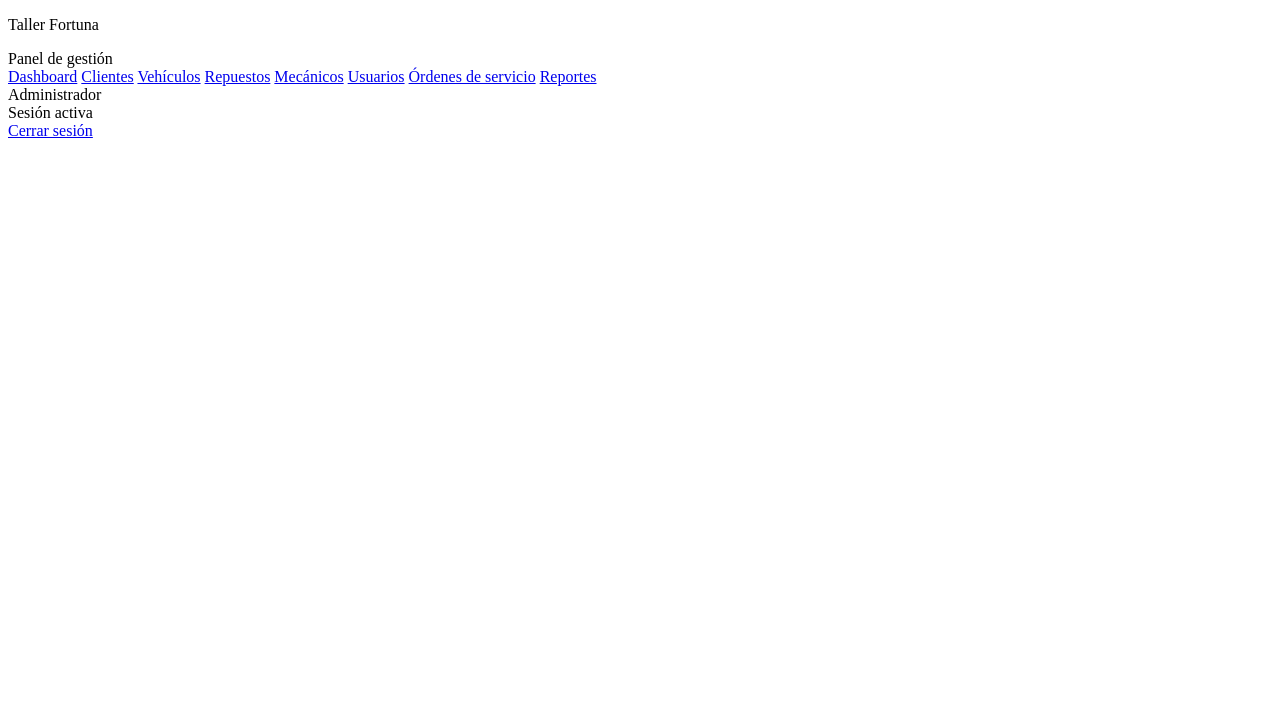
Repository: Santiago1748/ProyectoTallerAutos
Page: http://localhost/TallerMecanico/sidebar.jsp
These files come from the project's save history. The page is drawn as it stood at one moment and after the next save; the edit follows.
The browser window is 1280 px wide. The pictures show the whole page.
The page is served by Tomcat 9. Other server files are loaded and not shown.

Above is the page before, as saved 2026-08-04 05:58:06.

### tallerdeAutos - copia/TallerMecanico/src/main/webapp/sidebar.jsp
<%@ page language="java" contentType="text/html; charset=UTF-8"
    pageEncoding="UTF-8"%>
<!DOCTYPE html>
<html>
<head>
<meta charset="UTF-8">
<title>Insert title here</title>
</head>
<body>


<%
    String uri = request.getRequestURI();
%>
<aside class="sidebar">
  <div class="brand">
    <div class="brand-mark"></div>
    <div class="brand-text">
      <p class="display">Taller Fortuna</p>
      <span>Panel de gestión</span>
    </div>
  </div>

  <nav>
    <a class="nav-item" href="#">Dashboard</a>
    <a class="nav-item" href="#">Clientes</a>
    <a class="nav-item" href="#">Vehículos</a>
    <a class="nav-item" href="#">Repuestos</a>
    <a class="nav-item" href="#">Mecánicos</a>
    <a class="nav-item <%= uri.contains("Usuario") || uri.contains("mantenUsuario") ? "active" : "" %>"
       href="UsuarioServlet?tipo=lis">Usuarios</a>
    <a class="nav-item" href="#">Órdenes de servicio</a>
    <a class="nav-item" href="#">Reportes</a>
  </nav>

  <div class="user-box">
    <div class="u-name">Administrador</div>
    <div class="u-rol">Sesión activa</div>
    <a href="LogoutServlet" class="btn-logout">Cerrar sesión</a>
  </div>
</aside>
</body>
</html>

### tallerdeAutos - copia/TallerMecanico/src/main/webapp/css/dashboard.css
:root{
  --bg:#1b1d1f; --panel:#232628; --panel-alt:#2a2d30; --panel-raised:#2f3235;
  --border:#3a3e42; --text:#ece8e0; --text-muted:#9a9691; --text-faint:#6c6864;
  --amber:#e8a33d; --amber-dim:#a8783a; --teal:#4f8a93;
  --st-pendiente:#8b8f94; --st-evaluacion:#5b8fb0; --st-proceso:#e8a33d;
  --st-pausado:#c97a4a; --st-terminado:#4fa07a; --st-entregado:#3f9142; --st-rechazado:#c0524f;
  --radius:6px; --shadow:0 8px 24px rgba(0,0,0,.35);
}
*{box-sizing:border-box;}
html,body{margin:0;padding:0;}
body{background:radial-gradient(ellipse at top left, rgba(232,163,61,.05), transparent 45%),var(--bg);
  color:var(--text); font-family:'IBM Plex Sans',sans-serif; -webkit-font-smoothing:antialiased; min-height:100vh;}
h1,h2,h3,.display{font-family:'Oswald',sans-serif; text-transform:uppercase; letter-spacing:.03em; margin:0;}
.mono{font-family:'IBM Plex Mono',monospace;}
a,button,input,select,textarea{font-family:inherit; color:inherit;}
button{cursor:pointer;border:none;background:none;}
input,select,textarea{background:var(--panel-alt); border:1px solid var(--border); border-radius:4px; padding:8px 10px; font-size:13px;}
input:focus,select:focus,textarea:focus{outline:none;border-color:var(--amber);}
label{font-size:11px; color:var(--text-muted); text-transform:uppercase; letter-spacing:.05em; display:block; margin-bottom:4px;}
:focus-visible{outline:2px solid var(--amber); outline-offset:2px;}

.shell{display:grid; grid-template-columns:230px 1fr; min-height:100vh;}
@media (max-width:880px){.shell{grid-template-columns:1fr;} .sidebar{position:static; width:100%; height:auto;}}
.sidebar{background:#18191b; border-right:1px solid var(--border); padding:20px 12px; display:flex; flex-direction:column; gap:18px; position:sticky; top:0; height:100vh; overflow-y:auto;}
.brand{d:root{
  --bg:#1b1d1f; --panel:#232628; --panel-alt:#2a2d30; --panel-raised:#2f3235;
  --border:#3a3e42; --text:#ece8e0; --text-muted:#9a9691; --text-faint:#6c6864;
  --amber:#e8a33d; --amber-dim:#a8783a; --teal:#4f8a93;
  --st-pendiente:#8b8f94; --st-evaluacion:#5b8fb0; --st-proceso:#e8a33d;
  --st-pausado:#c97a4a; --st-terminado:#4fa07a; --st-entregado:#3f9142; --st-rechazado:#c0524f;
  --radius:6px; --shadow:0 8px 24px rgba(0,0,0,.35);
}
*{box-sizing:border-box;}
html,body{margin:0;padding:0;}
body{background:radial-gradient(ellipse at top left, rgba(232,163,61,.05), transparent 45%),var(--bg);
  color:var(--text); font-family:'IBM Plex Sans',sans-serif; -webkit-font-smoothing:antialiased; min-height:100vh;}
h1,h2,h3,.display{font-family:'Oswald',sans-serif; text-transform:uppercase; letter-spacing:.03em; margin:0;}
.mono{font-family:'IBM Plex Mono',monospace;}
a,button,input,select,textarea{font-family:inherit; color:inherit;}
button{cursor:pointer;border:none;background:none;}
input,select,textarea{background:var(--panel-alt); border:1px solid var(--border); border-radius:4px; padding:8px 10px; font-size:13px;}
input:focus,select:focus,textarea:focus{outline:none;border-color:var(--amber);}
label{font-size:11px; color:var(--text-muted); text-transform:uppercase; letter-spacing:.05em; display:block; margin-bottom:4px;}
:focus-visible{outline:2px solid var(--amber); outline-offset:2px;}

.shell{display:grid; grid-template-columns:230px 1fr; min-height:100vh;}
@media (max-width:880px){.shell{grid-template-columns:1fr;} .sidebar{position:static; width:100%; height:auto;}}
.sidebar{background:#18191b; border-right:1px solid var(--border); padding:20px 12px; display:flex; flex-direction:column; gap:18px; position:sticky; top:0; height:100vh; overflow-y:auto;}
.brand{d

After the next save:
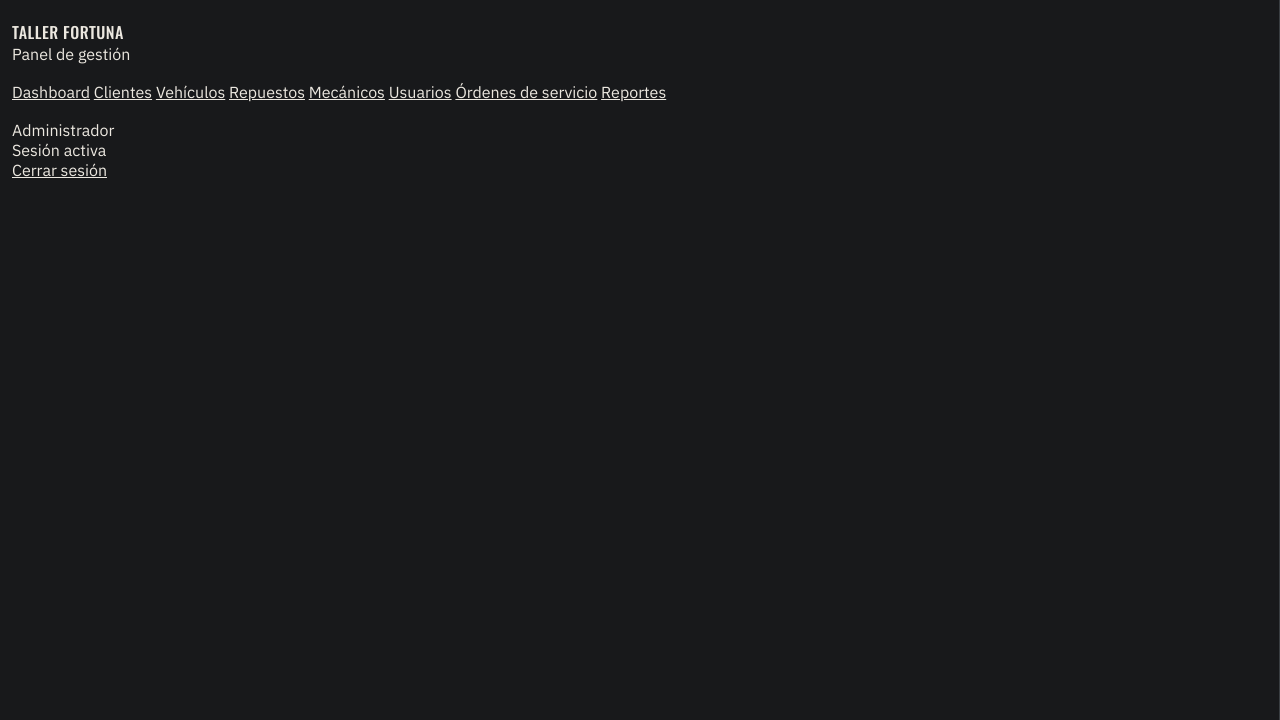
Saved 4 min 40 s later.
--- a/tallerdeAutos - copia/TallerMecanico/src/main/webapp/sidebar.jsp
+++ b/tallerdeAutos - copia/TallerMecanico/src/main/webapp/sidebar.jsp
@@ -3,8 +3,12 @@
 <!DOCTYPE html>
 <html>
 <head>
+
 <meta charset="UTF-8">
-<title>Insert title here</title>
+<title>Taller Fortuna</title>
+<link rel="preconnect" href="https://fonts.googleapis.com">
+<link href="https://fonts.googleapis.com/css2?family=Oswald:wght@500;600;700&family=IBM+Plex+Sans:wght@400;500;600&family=IBM+Plex+Mono:wght@400;500&display=swap" rel="stylesheet">
+<link rel="stylesheet" href="<%=request.getContextPath()%>/css/dashboard.css">
 </head>
 <body>
 
